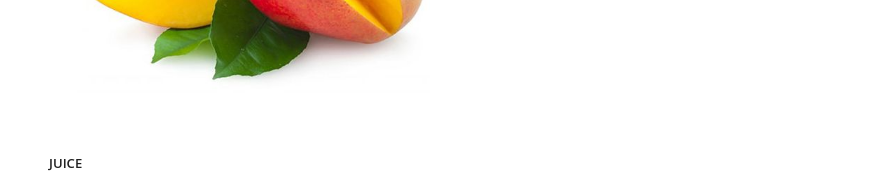
Repository: hoanggiainfomation/hoanggiainfomation.github.io
Page: index.html
An editor plug-in stored every save of this project. The page is shown before and after the next save, followed by the edit.
The browser window is 1280 px wide. The pictures show the part of the page from y = 1160 to 3080 px (the page is 1405 px tall before and 4687 px after), at 70% of full size.
Some web libraries are served in a nearby version.

Above is the page before, as saved 2021-08-17 19:57:56.

### index.html
<!DOCTYPE html>
<html lang="en">
  <head>
    <meta charset="UTF-8" />
    <meta name="viewport" content="width=device-width, initial-scale=1.0" />
    <!-- Favicon -->
    <link rel="shortcut icon" href="./images/favicon.png" type="image/png" />
    <!-- Font Awesome -->
    <link
      rel="stylesheet"
      href="https://cdnjs.cloudflare.com/ajax/libs/font-awesome/5.15.1/css/all.min.css"
    />
    <!-- ======== Swiper Js ======= -->
    <link
      rel="stylesheet"
      href="https://cdnjs.cloudflare.com/ajax/libs/Swiper/6.7.5/swiper-bundle.min.css"
    />

    <!-- Boxicons -->
    <link
      href="https://unpkg.com/boxicons@2.0.8/css/boxicons.min.css"
      rel="stylesheet"
    />
    <!-- Custom StyleSheet -->
    <link rel="stylesheet" href="./styles.css" />
    <title>Codevo - Ecommerce Website</title>
  </head>
  <body>
    <!-- Navigation -->
    <nav class="nav">
      <div class="wrapper container">
        <div class="logo">
          <a href="">
            <img src="./images/logo.png" alt="" />
          </a>
        </div>
        <ul class="nav-list show">
          <div class="top">
            <label for="" class="btn close-btn"
              ><i class="fas fa-times"></i
            ></label>
          </div>
          <li><a href="index.html">Home</a></li>
          <li><a href="products.html">Products</a></li>
          <li>
            <a href="" class="desktop-item"
              >Shop <span><i class="fas fa-chevron-down"></i></span
            ></a>
            <input type="checkbox" id="showMega" />
            <label for="showMega" class="mobile-item"
              >Shop <span><i class="fas fa-chevron-down"></i></span
            ></label>
            <div class="mega-box">
              <div class="content">
                <div class="row">
                  <img src="./images/nav.png" alt="" />
                </div>
                <div class="row">
                  <header>Shop Layout</header>
                  <ul class="mega-links">
                    <li><a href="#">Shop With Background</a></li>
                    <li><a href="#">Shop Mini Categories</a></li>
                    <li><a href="#">Shop Only Categories</a></li>
                    <li><a href="#">Shop Icon Categories</a></li>
                  </ul>
                </div>
                <div class="row">
                  <header>Filter Layout</header>
                  <ul class="mega-links">
                    <li><a href="#">Sidebar</a></li>
                    <li><a href="#">Filter Default</a></li>
                    <li><a href="#">Filter Drawer</a></li>
                    <li><a href="#">Filter Dropdown</a></li>
                  </ul>
                </div>
                <div class="row">
                  <header>Product Layout</header>
                  <ul class="mega-links">
                    <li><a href="#">Layout Zoom</a></li>
                    <li><a href="#">Layout Sticky</a></li>
                    <li><a href="#">Layout Sticky 2</a></li>
                    <li><a href="#">Layout Scroll</a></li>
                  </ul>
                </div>
              </div>
            </div>
          </li>
          <li><a href="">Blog</a></li>
          <li>
            <a href="" class="desktop-item"
              >Vendors <span><i class="fas fa-chevron-down"></i></span
            ></a>
            <input type="checkbox" id="showdrop1" />
            <label for="showdrop1" class="mobile-item"
              >Vendors <span><i class="fas fa-chevron-down"></i></span
            ></label>
            <ul class="drop-menu1">
              <li><a href="">Vendor Store listings</a></li>
              <li><a href="">Store Details</a></li>
            </ul>
          </li>

          <li>
            <a href="" class="desktop-item"
              >Page <span><i class="fas fa-chevron-down"></i></span
            ></a>
            <input type="checkbox" id="showdrop2" />
            <label for="showdrop2" class="mobile-item"
              >Page <span><i class="fas fa-chevron-down"></i></span
            ></label>
            <ul class="drop-menu2">
              <li><a href="">About</a></li>
              <li><a href="">Contact</a></li>
              <li><a href="">Faq</a></li>
              <li><a href="">Page 404</a></li>
            </ul>
          </li>
          <!-- icons -->
          <li class="icons">
            <a href="cart.html">
              <span>
                <img src="./images/shoppingBag.svg" alt="" />
                <small class="count d-flex">0</small>
              </span>
            </a>
            <span><img src="./images/search.svg" alt="" /></span>
          </li>
        </ul>
        <label for="" class="btn open-btn"><i class="fas fa-bars"></i></label>
      </div>
    </nav>
    <!-- Hero -->
    <div class="hero">
      <div class="row">
        <!-- Swiper -->
        <div class="swiper-container slider-1">
          <div class="swiper-wrapper">
            <div class="swiper-slide">
              <img src="./images/hero-1.png" alt="" />
              <div class="content">
                <h1>
                  Super market vegbox
                  <br />
                  start from
                  <span>$9</span>
                </h1>
                <p>
                  Lorem, ipsum dolor sit amet consectetur adipisicing elit. Ad
                  facilis architecto iste quidem maiores debitis laboriosam eum
                  cupiditate tempore cum distinctio alias vero, quasi sequi,
                  neque quisquam. Id, necessitatibus culpa.
                </p>
                <a href="">Shop Now</a>
              </div>
            </div>
            <div class="swiper-slide">
              <img src="./images/hero-2.png" alt="" />
              <div class="content">
                <h1>
                  You first Order
                  <br />
                  start from
                  <span>20% off</span>
                  at Juice
                </h1>
                <p>
                  Lorem, ipsum dolor sit amet consectetur adipisicing elit. Ad
                  facilis architecto iste quidem maiores debitis laboriosam eum
                  cupiditate tempore cum distinctio alias vero, quasi sequi,
                  neque quisquam. Id, necessitatibus culpa.
                </p>
                <a href="">Shop Now</a>
              </div>
            </div>
            <div class="swiper-slide">
              <img src="./images/hero-3.png" alt="" />
              <div class="content">
                <h1>
                  Super market vegbox
                  <br />
                  start from
                  <span>$9</span>
                </h1>
                <p>
                  Lorem, ipsum dolor sit amet consectetur adipisicing elit. Ad
                  facilis architecto iste quidem maiores debitis laboriosam eum
                  cupiditate tempore cum distinctio alias vero, quasi sequi,
                  neque quisquam. Id, necessitatibus culpa.
                </p>
                <a href="">Shop Now</a>
              </div>
            </div>
          </div>
          <!-- <div class="swiper-button-next"></div>
        <div class="swiper-button-prev"></div> -->
        </div>
      </div>
      <!-- Carousel Navigation -->
      <div class="arrows d-flex">
        <div class="swiper-prev d-flex">
          <i class="bx bx-chevrons-left swiper-icon"></i>
        </div>
        <div class="swiper-next d-flex">
          <i class="bx bx-chevrons-right swiper-icon"></i>
        </div>
      </div>
    </div>
    <!-- Collertions -->
    <section class="section collection">
      <div class="title">
        <h2>Shop Collections</h2>
        <span>Lorem ipsum dolor sit amet, consectetur adipisicing elit.</span>
      </div>
      <div class="collection-layout container">
        <div class="collection-item">
          <img src="./images/product-1.jpg" alt="" />
          <div class="collection-content">
            <h3>JUICE</h3>
          </div>
        </div>
      </div>
    </section>
    <!-- ======== SwiperJS ======= -->
    <script src="https://cdnjs.cloudflare.com/ajax/libs/Swiper/6.7.5/swiper-bundle.min.js"></script>
    <!-- Custom Scripts -->
    <script src="./js/slider.js"></script>
    <script src="./js/index.js"></script>
  </body>
</html>

### styles.css
:root {
  --primary: #69ae14;
  --white: #fff;
  --black: #222;
  --grey1: #3a3b3c;
  --grey2: #828282;
}

*,
*::before,
*::after {
  margin: 0;
  padding: 0;
  box-sizing: inherit;
}

@import url("https://fonts.googleapis.com/css2?family=Open+Sans:wght@400;600;700&display=swap");

html {
  box-sizing: border-box;
  font-size: 62.5%;
}

body {
  font-family: "Open Sans", sans-serif;
  font-size: 1.6rem;
  background-color: var(--white);
  color: var(--black);
  font-weight: 400;
}

h1,
h2,
h3,
h4,
h5 {
  font-weight: 600;
}

a {
  text-decoration: none;
  color: inherit;
}

li {
  list-style: none;
}

.container {
  max-width: 114rem;
  margin: 0 auto;
}

@media (max-width: 1200px) {
  .container {
    padding: 0 3rem;
  }
}

@media (max-width: 768px) {
  .container {
    max-width: 60rem;
  }
}

.d-flex {
  display: flex;
  align-items: center;
}

nav {
  position: fixed;
  top: 0;
  left: 0;
  width: 100%;
  z-index: 999;
  background-color: var(--white);
  height: 8rem;
  line-height: 8rem;
}

.nav.fix-nav {
  width: 100%;
  box-shadow: 0 5px 15px rgba(0, 0, 0, 0.3);
  z-index: 999;
}

nav .wrapper {
  display: flex;
  align-items: center;
  justify-content: space-between;
  position: relative;
  height: 100%;
}

.wrapper .logo {
  height: 100%;
}

.wrapper .logo a {
  display: flex;
  align-items: center;
  justify-content: center;
  height: 100%;
}

.wrapper .nav-list {
  display: inline-flex;
}

.nav-list li i {
  color: var(--grey2);
}
/* .nav-list li i::after {
  content: "";
  position: absolute;
  top: 0;
  right: 0;
  width: 10px;
  height: 10px;
} */

.nav-list a {
  color: var(--black);
  font-size: 1.5rem;
  padding: 0.9rem 1.5rem;
  border-radius: 0.5rem;
  transition: all 300ms ease;
}

.nav-list li a:hover {
  color: var(--primary);
}

.nav-list .drop-menu1,
.nav-list .drop-menu2 {
  box-shadow: 0 0 2px rgba(0, 0, 0, 0.1);
  width: 20rem;
  top: 8.5rem;
  line-height: 4.5rem;
  position: absolute;
  background-color: var(--white);
  opacity: 0;
  visibility: hidden;
  transition: all 300ms ease;
}

.nav-list .drop-menu1 li a,
.nav-list .drop-menu2 li a {
  display: block;
  font-size: 1.5rem;
  width: 100%;
  padding: 0 0 0 1.5rem;
  border-radius: 0;
  color: var(--grey2);
}

.nav-list .drop-menu1 li a:hover,
.nav-list .drop-menu2 li a:hover {
  color: var(--primary);
}

.nav-list li:hover .drop-menu1,
.nav-list li:hover .drop-menu2,
.nav-list li:hover .mega-box {
  opacity: 1;
  visibility: visible;
  top: 6.5rem;
}

.mega-box {
  box-shadow: 0 0 2px rgba(0, 0, 0, 0.1);
  position: absolute;
  top: 8.5rem;
  left: 0;
  width: 100%;
  padding: 0 3rem;
  background-color: var(--white);
  opacity: 0;
  visibility: hidden;
  transition: all 300ms ease;
}

.mega-box .content {
  padding: 2.5rem 2rem;
  display: flex;
  width: 100%;
  justify-content: space-between;
}

.mega-box .content .row {
  width: calc(25% - 3rem);
  line-height: 4.5rem;
}

.content .row img {
  width: 100%;
  height: 100%;
  object-fit: cover;
}

.content .row header {
  font-size: 1.6rem;
  font-weight: 700;
  color: var(--grey1);
}

.content .row .mega-links {
  border-left: 1px solid rgba(255, 255, 255, 0.09);
  margin-left: -4rem;
}

.content .row li {
  padding: 0 2rem;
}

.content .row li a {
  padding: 0 2rem;
  display: block;
  font-size: 1.5rem;
  color: var(--grey2);
}

.content .row li a:hover {
  color: var(--primary);
}

.nav-list .mobile-item {
  display: none;
}

.nav-list input {
  display: none;
}

.wrapper .btn {
  color: var(--white);
  font-size: 2rem;
  cursor: pointer;
  display: none;
}

.nav-list .icons span {
  display: inline-block;
  margin: 0.5rem 1rem 0 0;
  position: relative;
}

.nav-list .icons a {
  padding: 0;
  display: inline-block;
}

.nav-list .icons .count {
  justify-content: center;
  position: absolute;
  top: 0.8rem;
  right: -0.8rem;
  background-color: var(--primary);
  height: 2rem;
  padding: 0.5rem;
  color: var(--white);
  font-weight: 700;
  border-radius: 50%;
}

@media (max-width: 968px) {
  .wrapper .nav-list {
    position: fixed;
    top: 0;
    left: -100%;
    height: 100%;
    width: 100%;
    max-width: 35rem;
    background-color: var(--white);
    display: block;
    overflow-y: auto;
    line-height: 5rem;
    box-shadow: 0 1.5rem 1.5rem rgba(0, 0, 0, 0.1);
    transition: all 300ms linear;
  }

  .wrapper .nav-list.show {
    left: 0;
  }

  .nav-list li {
    margin: 1.5rem 1rem;
  }

  .nav-list a {
    display: block;
    font-size: 1.8rem;
    padding: 0 2rem;
    color: var(--black);
  }

  .nav-list .drop-menu1,
  .nav-list .drop-menu2 {
    position: static;
    opacity: 1;
    visibility: visible;
    top: 6.5rem;
    padding-left: 2rem;
    width: 100%;
    max-height: 0;
    overflow: hidden;
  }

  #showdrop1:checked ~ .drop-menu1,
  #showdrop2:checked ~ .drop-menu2,
  #showMega:checked ~ .mega-box {
    max-height: 100%;
  }

  .nav-list .drop-menu1 li,
  .nav-list .drop-menu2 li {
    margin: 0;
  }

  .nav-list .drop-menu1 li a,
  .nav-list .drop-menu2 li a {
    color: var(--grey2);
    font-size: 1.5rem;
  }

  .nav-list .desktop-item {
    display: none;
  }

  .nav-list .mobile-item {
    display: block;
    font-size: 1.8rem;
    padding-left: 2rem;
    color: var(--black);
    cursor: pointer;
    border-radius: 0.5rem;
  }

  .nav-list .mobile-item:hover {
    color: var(--primary);
  }

  .mega-box {
    position: static;
    top: 6.5rem;
    padding: 0 2rem;
    opacity: 1;
    visibility: visible;
    max-height: 0;
    overflow: hidden;
    transition: all 300ms ease;
  }

  .mega-box .content {
    flex-direction: column;
    padding: 2rem 2rem 0 2rem;
  }

  .mega-box .content .row {
    width: 100%;
    border-top: 1px solid rgba(255, 255, 255, 0.09);
    margin-bottom: 1.5rem;
  }

  .content .row:nth-child(1),
  .content .row:nth-child(2) {
    border-top: 0;
  }

  .content .row .mega-links {
    border-left: 0;
    padding-left: 2rem;
  }

  .row .mega-links li {
    margin: 0;
  }

  .wrapper .btn {
    display: block;
    color: var(--black);
  }

  .nav-list .top {
    position: relative;
    display: block;
    background-color: var(--primary);
    width: 100%;
    height: 8rem;
  }

  .nav-list .close-btn {
    position: absolute;
    top: 1.5rem;
    right: 2.5rem;
    color: var(--white);
  }

  .nav-list .icons {
    padding-left: 2rem;
  }
}
/* Hero */
.hero {
  height: 100vh;
  position: relative;
  overflow: hidden;
}

.swiper-container,
.hero .row {
  width: 100%;
  height: 100%;
}

.hero .row {
  position: relative;
}

.hero .row img {
  height: 100%;
  width: 100%;
  object-fit: cover;
}

.hero .row .content {
  position: absolute;
  top: 50%;
  left: 80px;
  transform: translateY(-50%);
}

.hero .row .content h1 {
  line-height: 1.2;
  font-size: 5rem;
  font-weight: 700;
}

.hero .row .content span {
  color: var(--primary);
}

.hero .row .content p {
  margin: 1rem 0 1rem;
  width: 70%;
}

.hero .row .content a {
  display: inline-block;
  color: var(--white);
  background-color: var(--primary);
  border-radius: 5px;
  padding: 1rem 2.5rem;
  margin-top: 2rem;
}

.swiper-slide-active .content h1 {
  animation: movebottom 1s ease-in-out;
}

.swiper-slide-active .content a {
  animation: movetop 1s ease-in-out;
}

.swiper-slide-active .content p {
  animation: moveleft 1s ease-in-out;
}
@keyframes movebottom {
  0% {
    transform: translateY(-100px);
    opacity: 0;
  }
  100% {
    transform: translateY(0px);
    opacity: 1;
  }
}
@keyframes movetop {
  0% {
    transform: translateY(-100px);
    opacity: 0;
  }
  100% {
    transform: translateY(0px);
    opacity: 1;
  }
}
@keyframes moveleft {
  0% {
    transform: translateX(-100px);
    opacity: 0;
  }
  100% {
    transform: translateX(0px);
    opacity: 1;
  }
}
.hero .arrows {
  position: absolute;
  top: 50%;
  transform: translateY(-50%);
  width: 100%;
  z-index: 10;
  visibility: hidden;
  transition: all 500ms ease-in-out;
}
.hero:hover .arrows {
  visibility: visible;
  opacity: 1;
}
.arrows .swiper-prev,
.arrows .swiper-next {
  position: absolute;
  padding: 0.5rem 0.7rem;
  background-color: var(--primary);
  border-radius: 5px;
  color: var(--white);
  cursor: pointer;
}
.arrows .swiper-prev {
  left: 20px;
}
.arrows .swiper-next {
  right: 20px;
}
@media screen and (max-width: 567px) {
  .hero .row .content {
    left: 20px;
  }
  .hero .row .content h1 {
    font-size: 3rem;
  }
}

### js/slider.js
const swiper1 = new Swiper(".slider-1", {
  autuplay: {
    delay: 3500,
    disableOnInteraction: false,
  },
  grapbCursor: true,
  effect: "fade",
  loop: true,
  navigator: {
    nextEl: ".swiper-next",
    pervEl: ".swiper-prev",
  },
});

### js/index.js
const openNav = document.querySelector(".open-btn");
const closeNav = document.querySelector(".close-btn");
const menu = document.querySelector(".nav-list");

openNav.addEventListener("click", () => {
  menu.classList.add("show");
});
closeNav.addEventListener("click", () => {
  menu.classList.remove("show");
});

After the next save:
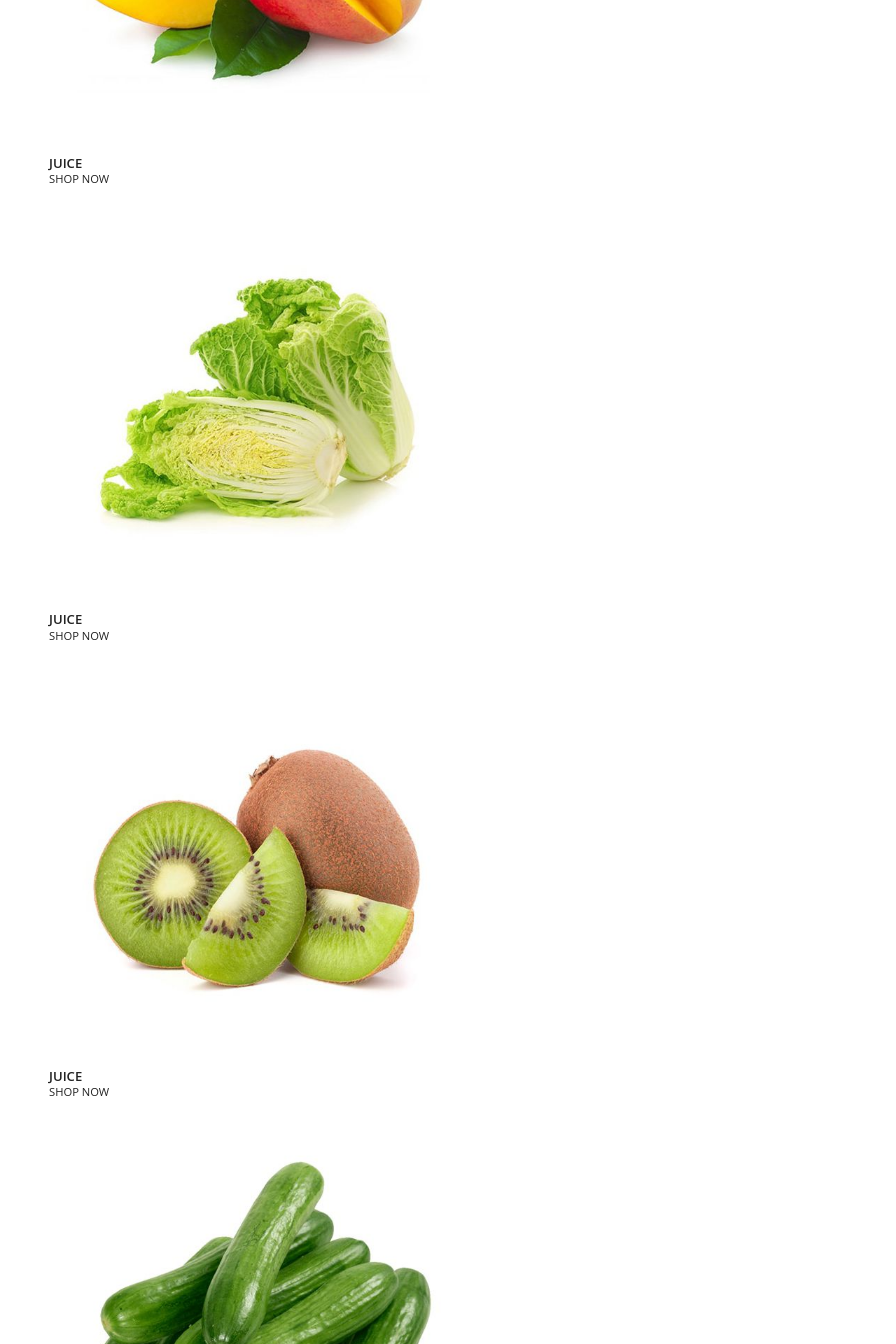
Saved 89 s later.
--- a/index.html
+++ b/index.html
@@ -216,6 +216,42 @@
           <img src="./images/product-1.jpg" alt="" />
           <div class="collection-content">
             <h3>JUICE</h3>
+            <a href="">SHOP NOW</a>
+          </div>
+        </div>
+        <div class="collection-item">
+          <img src="./images/product-2.jpg" alt="" />
+          <div class="collection-content">
+            <h3>JUICE</h3>
+            <a href="">SHOP NOW</a>
+          </div>
+        </div>
+        <div class="collection-item">
+          <img src="./images/product-3.jpg" alt="" />
+          <div class="collection-content">
+            <h3>JUICE</h3>
+            <a href="">SHOP NOW</a>
+          </div>
+        </div>
+        <div class="collection-item">
+          <img src="./images/product-4.jpg" alt="" />
+          <div class="collection-content">
+            <h3>JUICE</h3>
+            <a href="">SHOP NOW</a>
+          </div>
+        </div>
+        <div class="collection-item">
+          <img src="./images/product-5.jpg" alt="" />
+          <div class="collection-content">
+            <h3>JUICE</h3>
+            <a href="">SHOP NOW</a>
+          </div>
+        </div>
+        <div class="collection-item">
+          <img src="./images/product-6.jpg" alt="" />
+          <div class="collection-content">
+            <h3>JUICE</h3>
+            <a href="">SHOP NOW</a>
           </div>
         </div>
       </div>
